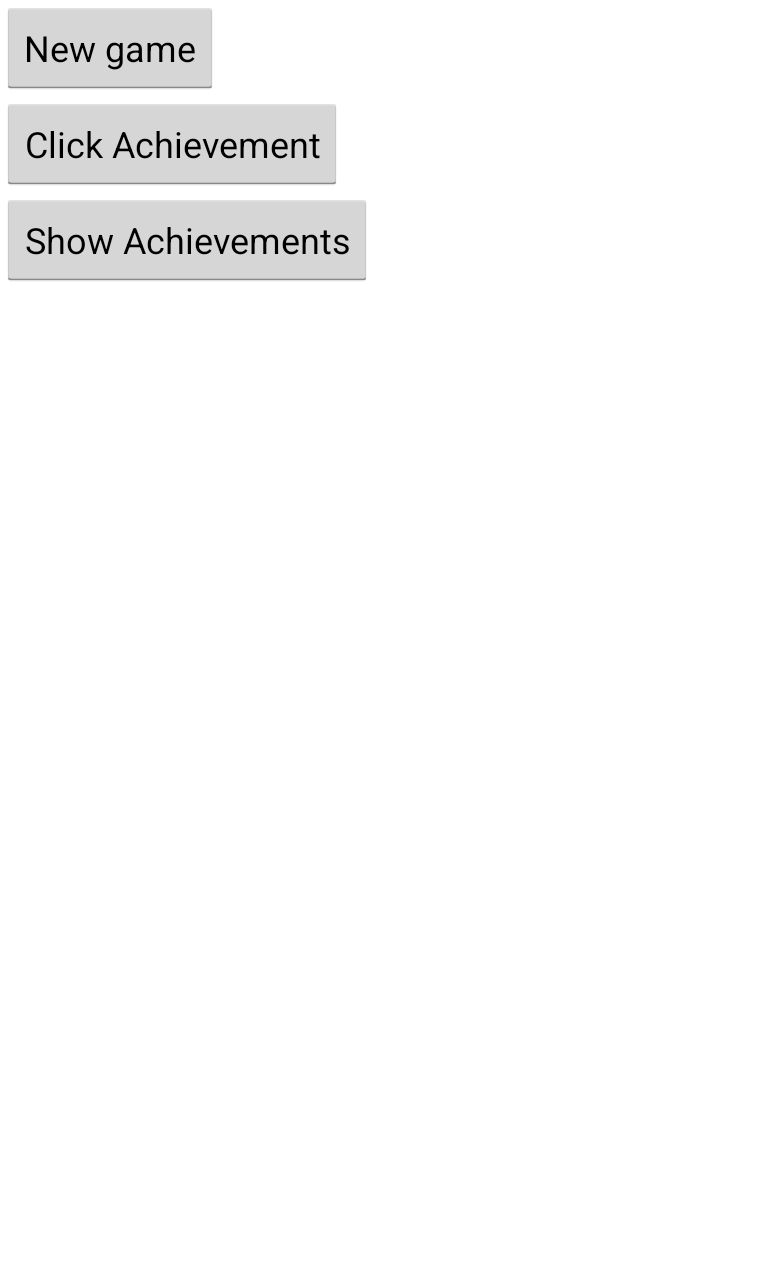
Repository: wassil/googleGamesTest
Layout: TicTacToe/res/layout/fragment_main_menu.xml
These files come from the project's save history. The layout is drawn as it stood at one moment and after the next save; the edit follows.
It is drawn on a 768 x 1280 px phone screen (xhdpi) without system bars, with theme AppTheme; the app's code is not run.

Above is the layout before, as saved 2014-03-29 00:25:20.

After the next save:
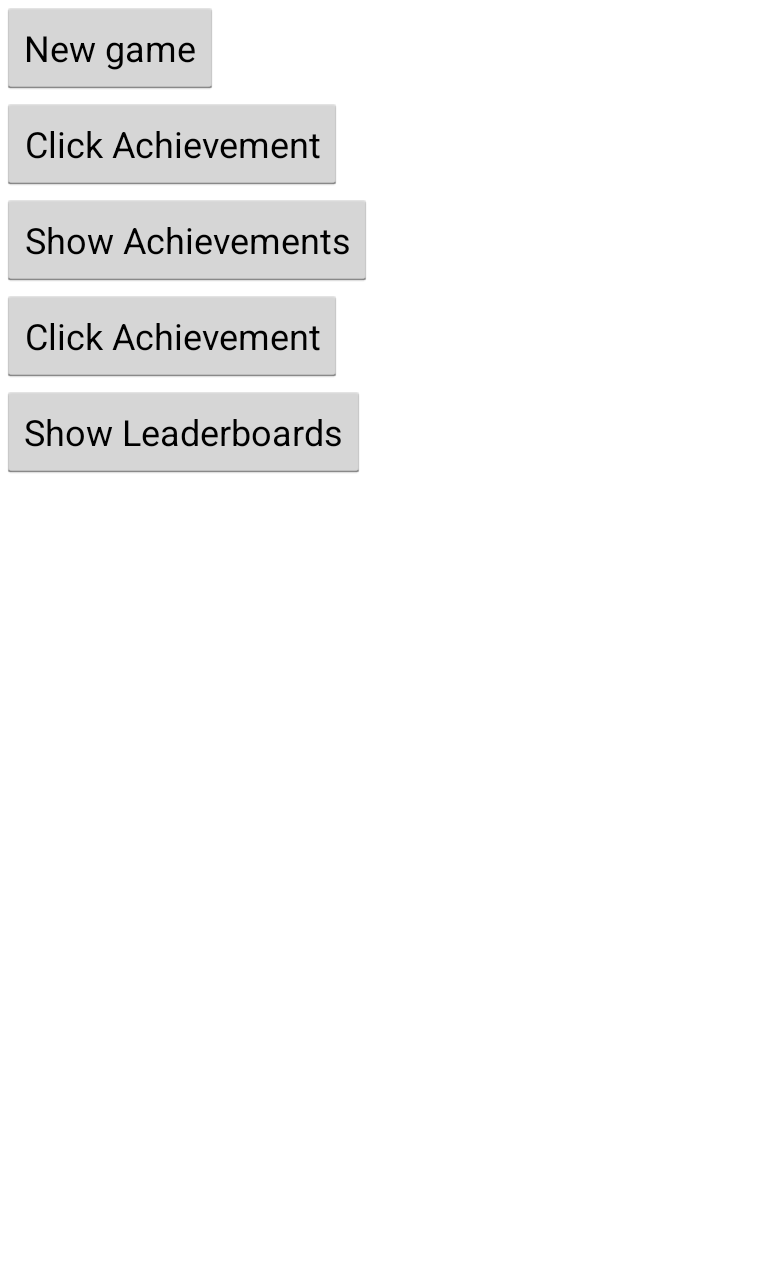
Saved 2 days later.
--- a/TicTacToe/res/layout/fragment_main_menu.xml
+++ b/TicTacToe/res/layout/fragment_main_menu.xml
@@ -18,9 +18,21 @@
         android:text="Click Achievement" />
 
     <Button
-        android:id="@+id/buttonshowAchievements"
+        android:id="@+id/buttonShowAchievements"
         android:layout_width="wrap_content"
         android:layout_height="wrap_content"
         android:text="Show Achievements" />
 
+    <Button
+        android:id="@+id/buttonClickAchievement"
+        android:layout_width="wrap_content"
+        android:layout_height="wrap_content"
+        android:text="Click Achievement" />
+
+    <Button
+        android:id="@+id/buttonShowLeaderboards"
+        android:layout_width="wrap_content"
+        android:layout_height="wrap_content"
+        android:text="Show Leaderboards" />
+
 </LinearLayout>
